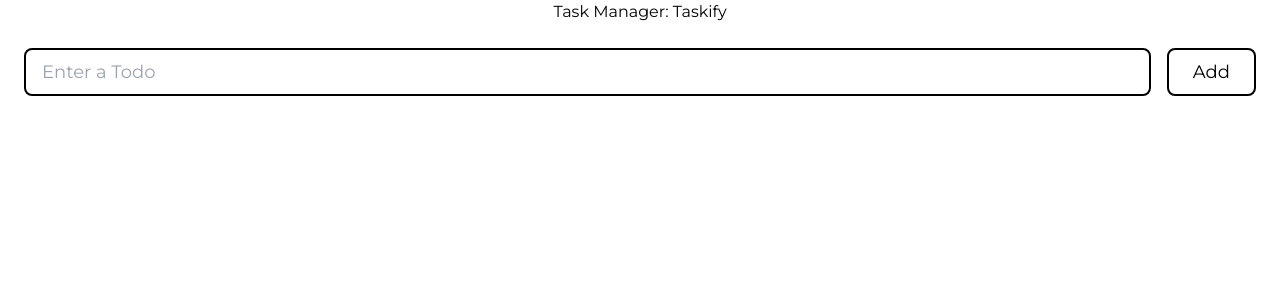
Repository: Dineshbhandari2023/Todo
Page: /
An editor plug-in stored every save of this project. The page is shown before and after the next save, followed by the edit.
The browser window is 1280 px wide. The pictures show the whole page.
Some web fonts or font styles are not loaded; a fallback is used. The project was rebuilt for these pictures with package versions that can differ from the ones it lists, and the page was loaded fresh each time.

Above is the page before, as saved 2025-06-18 22:33:52.

After the next save:
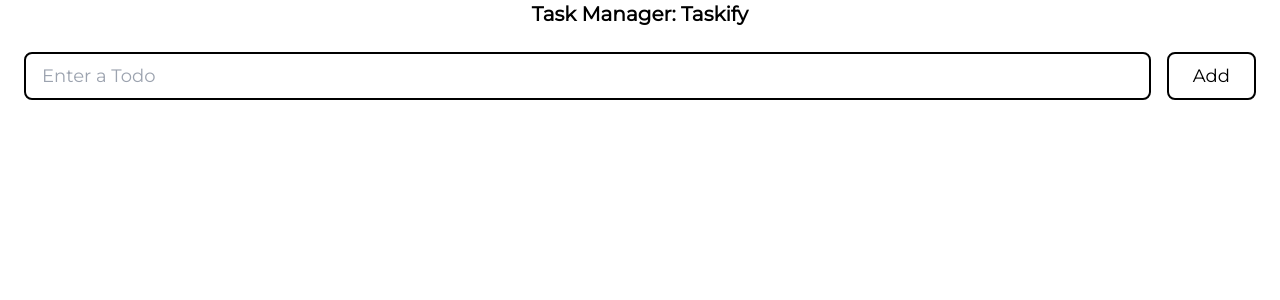
Saved 31 s later.
--- a/src/App.tsx
+++ b/src/App.tsx
@@ -33,7 +33,7 @@ import InputFields from "./Components/InputFields";
 function App() {
   return (
     <div className="App">
-      <h1>Task Manager: Taskify</h1>
+      <h1 className="font-bold text-xl">Task Manager: Taskify</h1>
       <InputFields />
     </div>
   );
